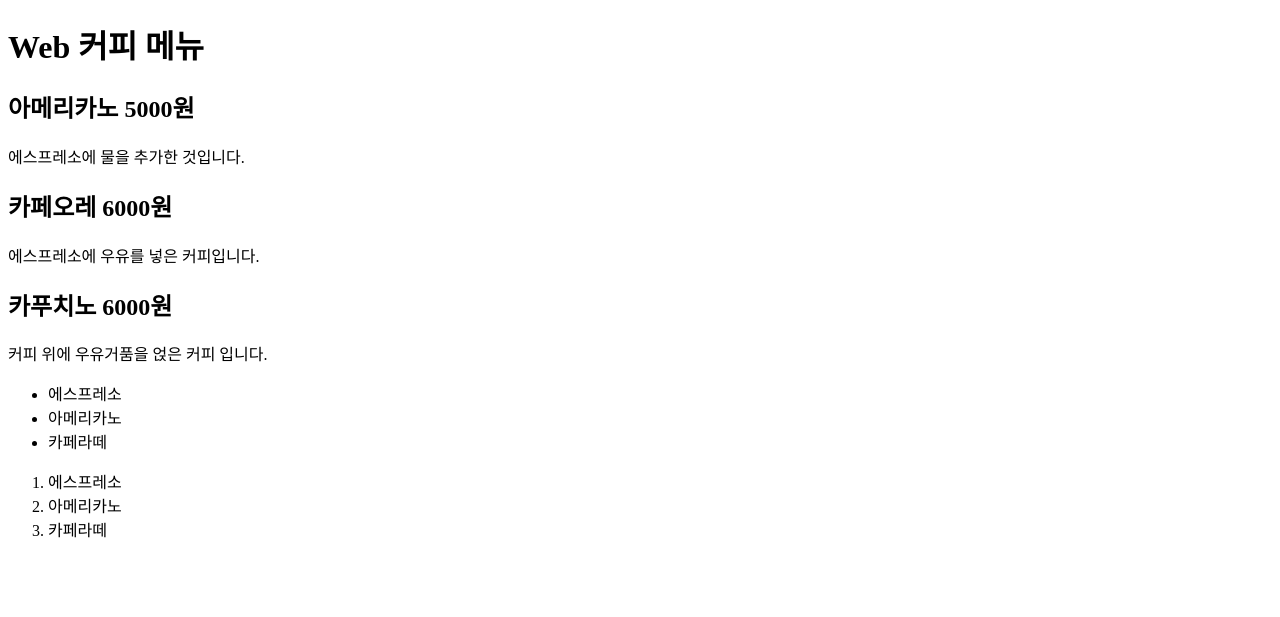
Repository: dhbaek2004/JSPex
Page: http://localhost/UX/UX_01.jsp
The author's editor kept a copy of each file at every save. The page is drawn from the files as they stood at one save, then again after the next save.
The browser window is 1280 px wide. The pictures show the whole page.
The page is served by Tomcat 9.

Above is the page before, as saved 2020-08-25 08:11:25.

After the next save:
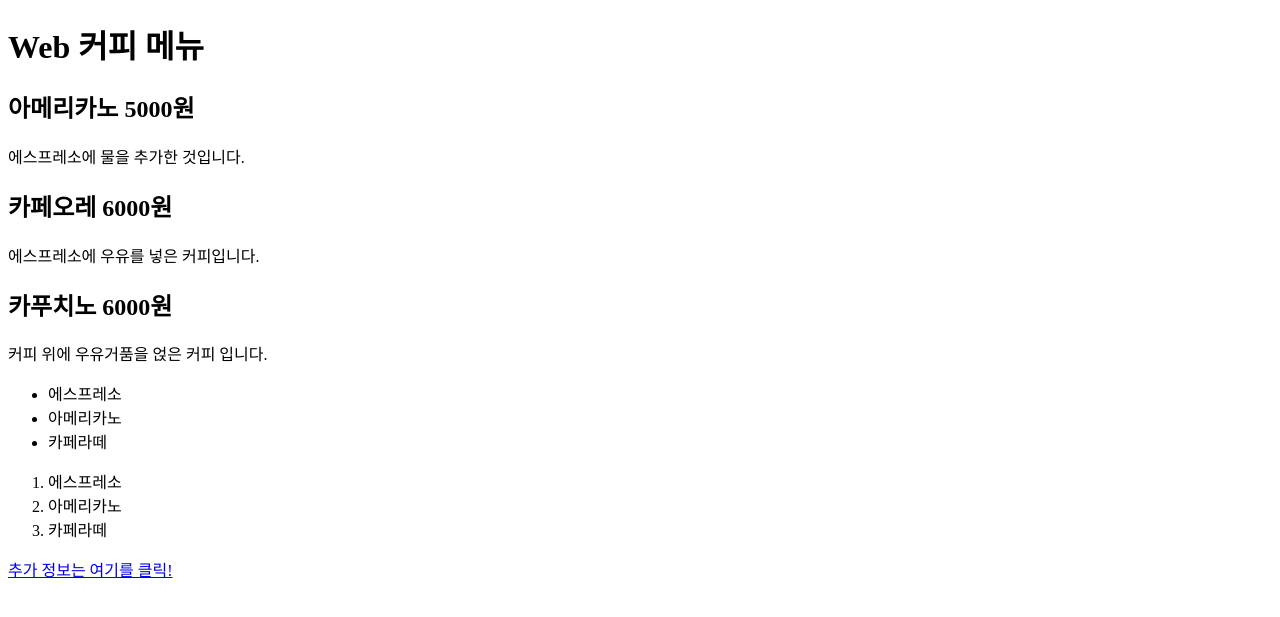
Saved 7 min 54 s later.
--- a/Infrearn/UX/UX/WebContent/UX_01.jsp
+++ b/Infrearn/UX/UX/WebContent/UX_01.jsp
@@ -30,6 +30,7 @@
 		<li>카페라떼</li>
 	</ol>
 
+	<a href="info.html">추가 정보는 여기를 클릭!</a>
 
 
 </body>
